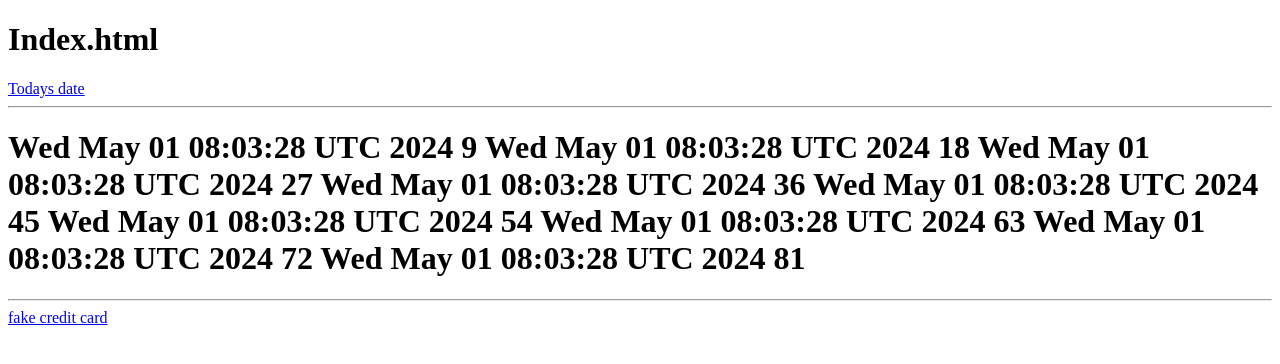
Repository: ScorpionHell7/ServletProjects
Page: http://localhost/HelloWorld1/
These files come from the project's save history. The page is drawn as it stood at one moment and after the next save; the edit follows.
The browser window is 1280 px wide. The pictures show the whole page.
The page is served by Tomcat 10.

Above is the page before, as saved 2024-05-01 18:23:30.

After the next save:
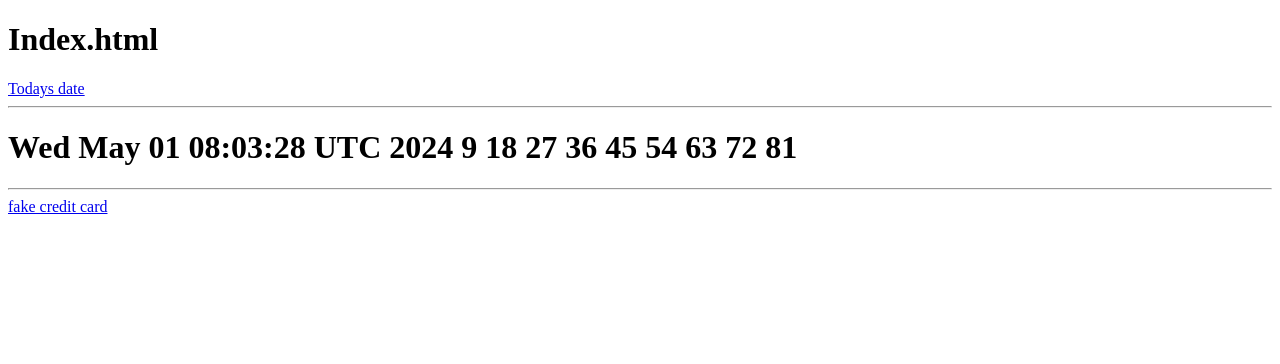
Saved 26 s later.
--- a/Servlet_workspace/HelloWorld1/src/main/webapp/index.jsp
+++ b/Servlet_workspace/HelloWorld1/src/main/webapp/index.jsp
@@ -18,11 +18,12 @@ public int sayhello(int val){
 	return num*val;
 }
 %>
+<%= new Date() %>
 <%
 	int[] arr = new int[]{1,2,3,4,5,6,7,8,9};
 	for(int i:arr){
 %>
-<%= new Date() %>
+
 <%= sayhello(i) %>
 <%} %>
 </h1>
